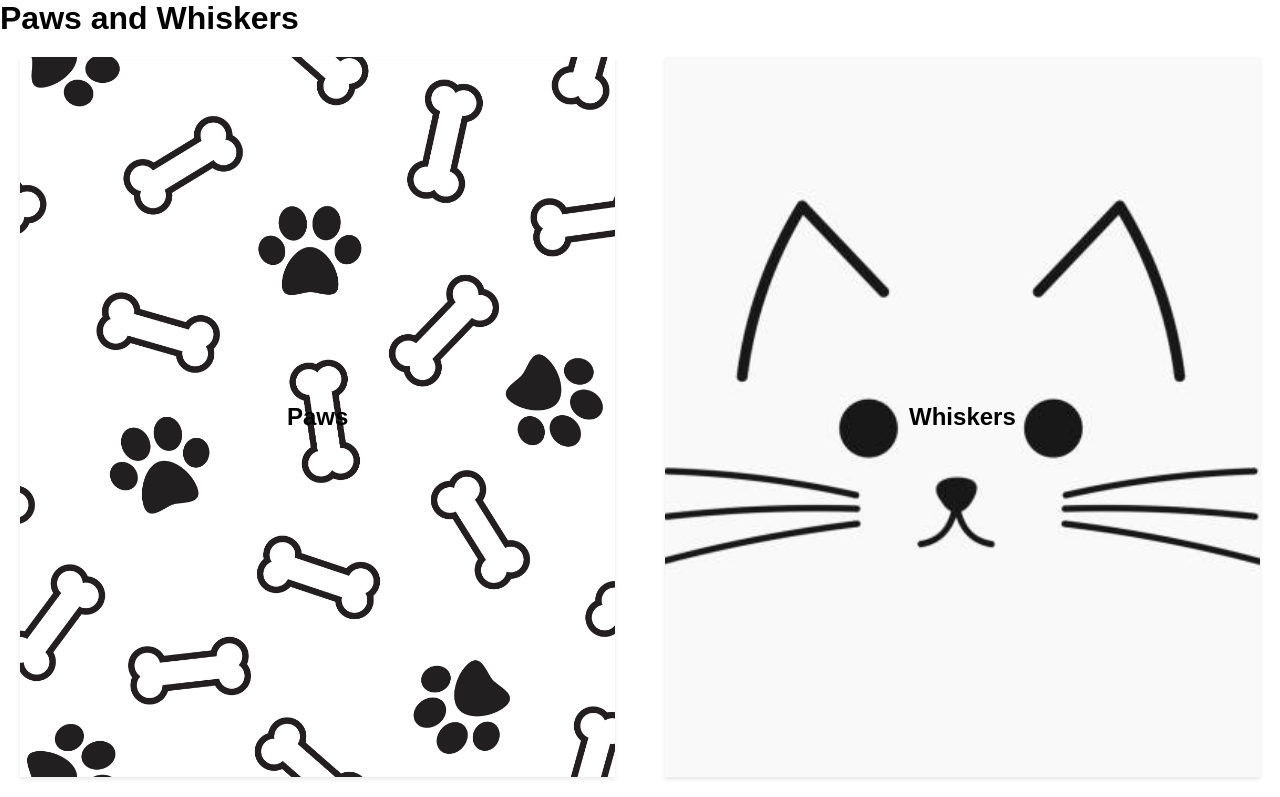
Repository: vimala-pydi/spring-pawsandwhiskers
Page: src/main/webapp/index.html
The author's editor kept a copy of each file at every save. The page is drawn from the files as they stood at one save, then again after the next save.
The browser window is 1280 px wide. The pictures show the whole page.
The page's requests for data from a server got no answer.

Above is the page before, as saved 2023-08-21 22:55:22.

After the next save:
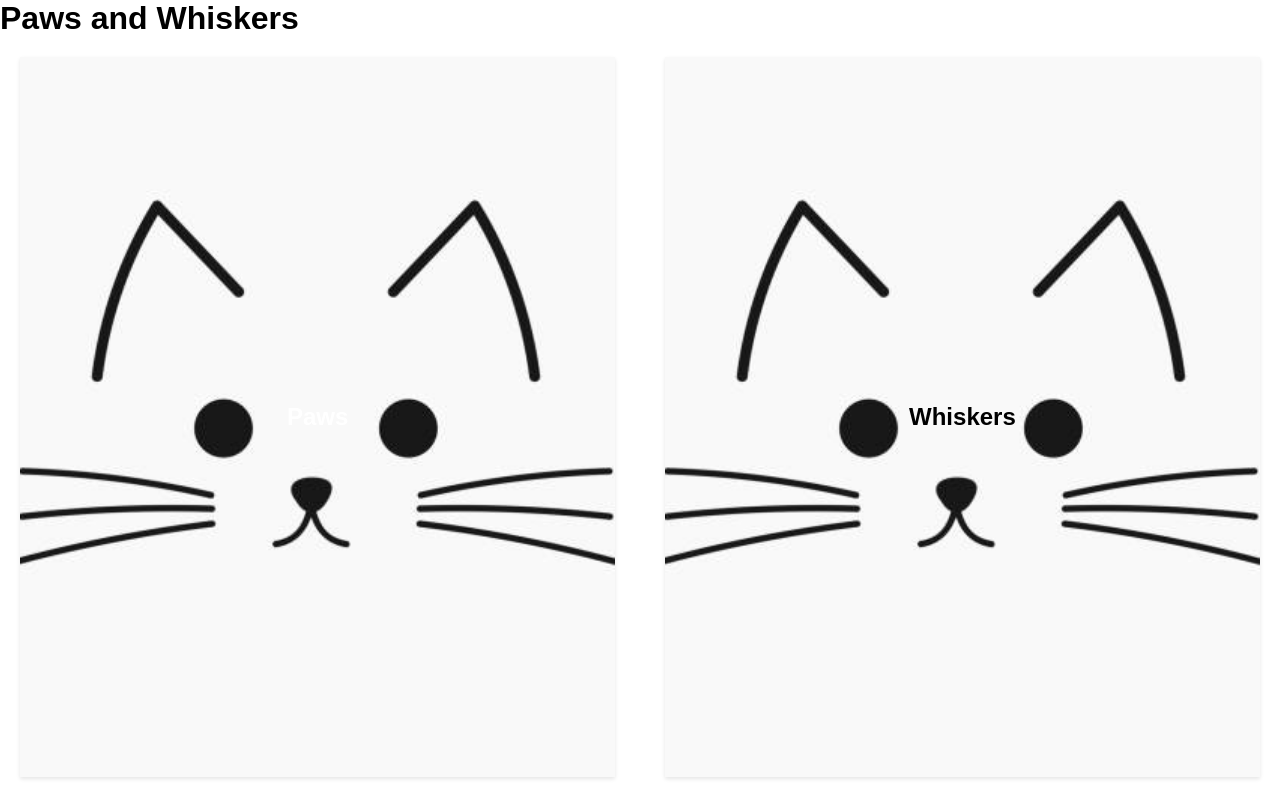
Saved 12 h 16 min later.
--- a/src/main/webapp/css/styles.css
+++ b/src/main/webapp/css/styles.css
@@ -59,3 +59,43 @@
     box-shadow: 0 2px 4px rgba(0, 0, 0, 0.1);
     cursor: pointer; /* Add cursor style for clickable images */
 }
+/* Your existing styles can be placed here */
+
+/* Custom styles for colorful boxes and animations */
+.image-box.dogs {
+    background-image: url('cat_bg.jpg'); /* Replace with actual cat image */
+    background-color: #f4d942; /* Yellow background color for dogs section */
+    color: #ffffff; /* White text color for dogs section */
+    animation: slideInLeft 1s ease-in-out; /* Animation for sliding in from the left */
+}
+
+@keyframes slideInLeft {
+    0% {
+        transform: translateX(-100%);
+    }
+    100% {
+        transform: translateX(0);
+    }
+}
+
+.image-list {
+    list-style: none;
+    padding: 0;
+    display: flex;
+    flex-wrap: wrap;
+    justify-content: space-between;
+}
+
+.image-list li {
+    margin-bottom: 10px;
+    width: calc(33.33% - 10px); /* Each dog image takes up one-third of the width minus spacing */
+    overflow: hidden;
+    border-radius: 5px;
+    box-shadow: 0 2px 4px rgba(0, 0, 0, 0.1);
+}
+
+.image-list img {
+    width: 100%;
+    height: auto;
+    display: block;
+}

After the save that followed:
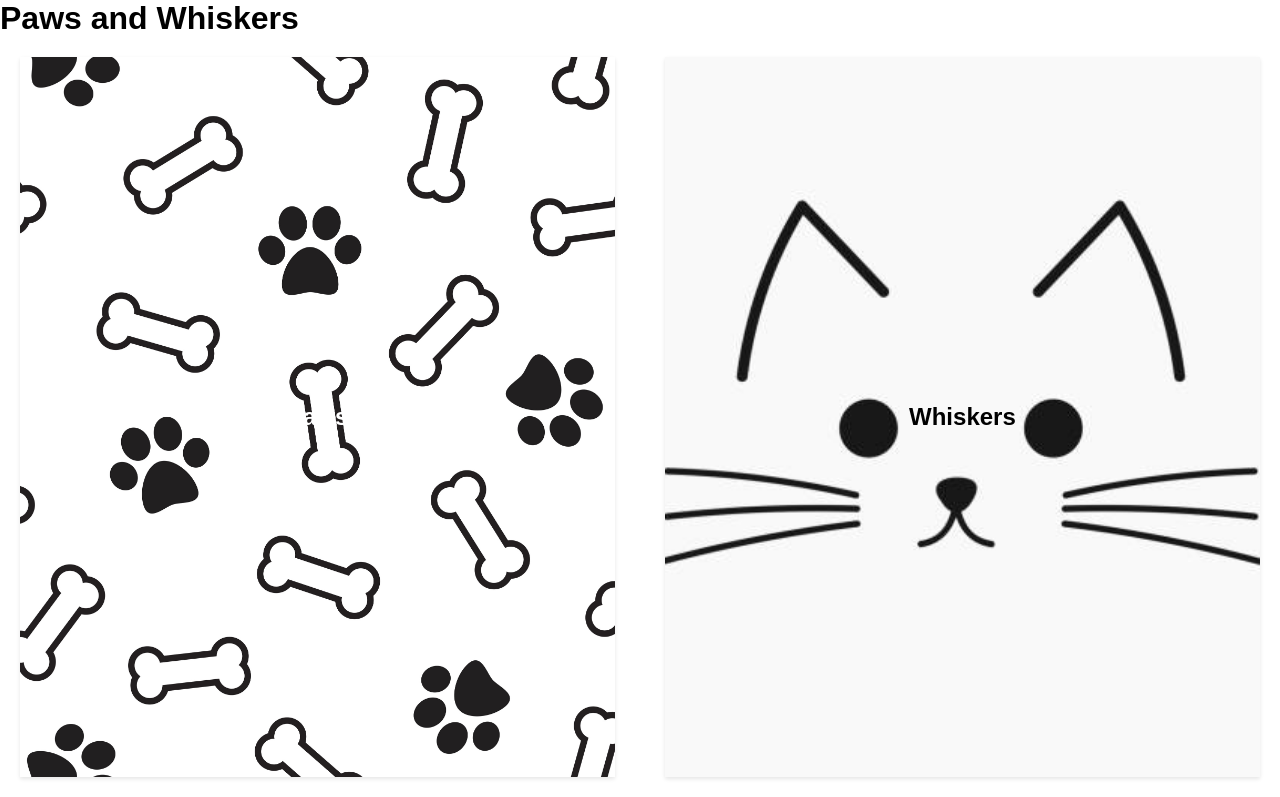
Saved 14 s later.
--- a/src/main/webapp/css/styles.css
+++ b/src/main/webapp/css/styles.css
@@ -63,7 +63,7 @@
 
 /* Custom styles for colorful boxes and animations */
 .image-box.dogs {
-    background-image: url('cat_bg.jpg'); /* Replace with actual cat image */
+    background-image: url('dog_bg.jpg'); /* Replace with actual cat image */
     background-color: #f4d942; /* Yellow background color for dogs section */
     color: #ffffff; /* White text color for dogs section */
     animation: slideInLeft 1s ease-in-out; /* Animation for sliding in from the left */
